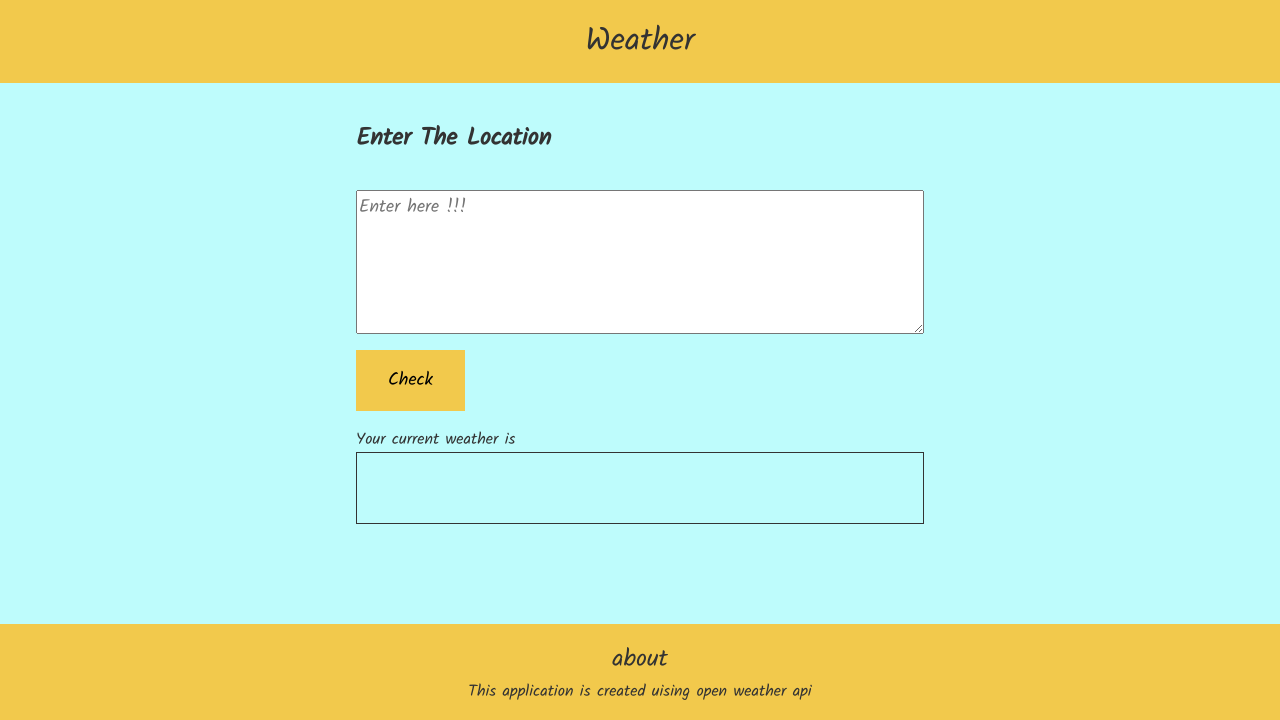
Repository: Irfan-vit/openapi
Page: index.html
An editor plug-in stored every save of this project. The page is shown before and after the next save, followed by the edit.
The browser window is 1280 px wide. The pictures show the whole page.

Above is the page before, as saved 2021-05-27 23:24:36.

After the next save:
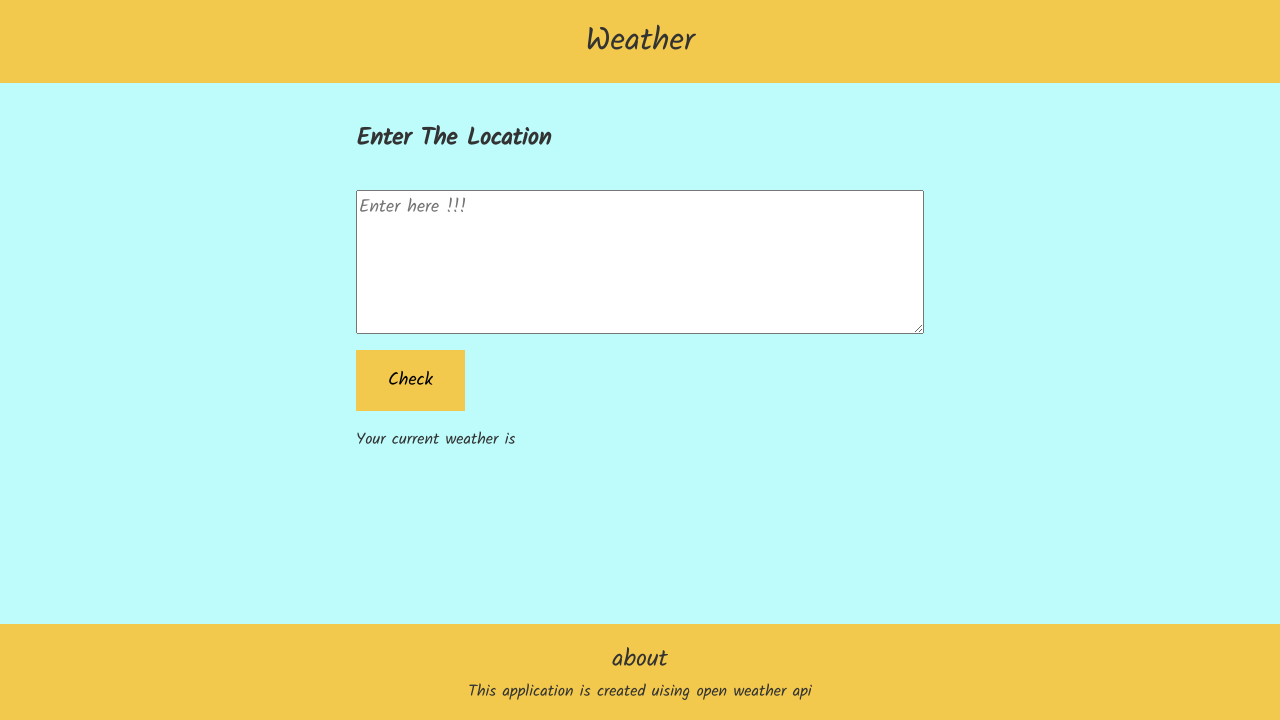
Saved 6 s later.
--- a/style.css
+++ b/style.css
@@ -54,6 +54,7 @@
     min-height: 10vh;
     max-height: 20vh;
     /* overflow:scroll; */
+    overflow
     border: 1px solid var(--black);
 }
 

After the save that followed:
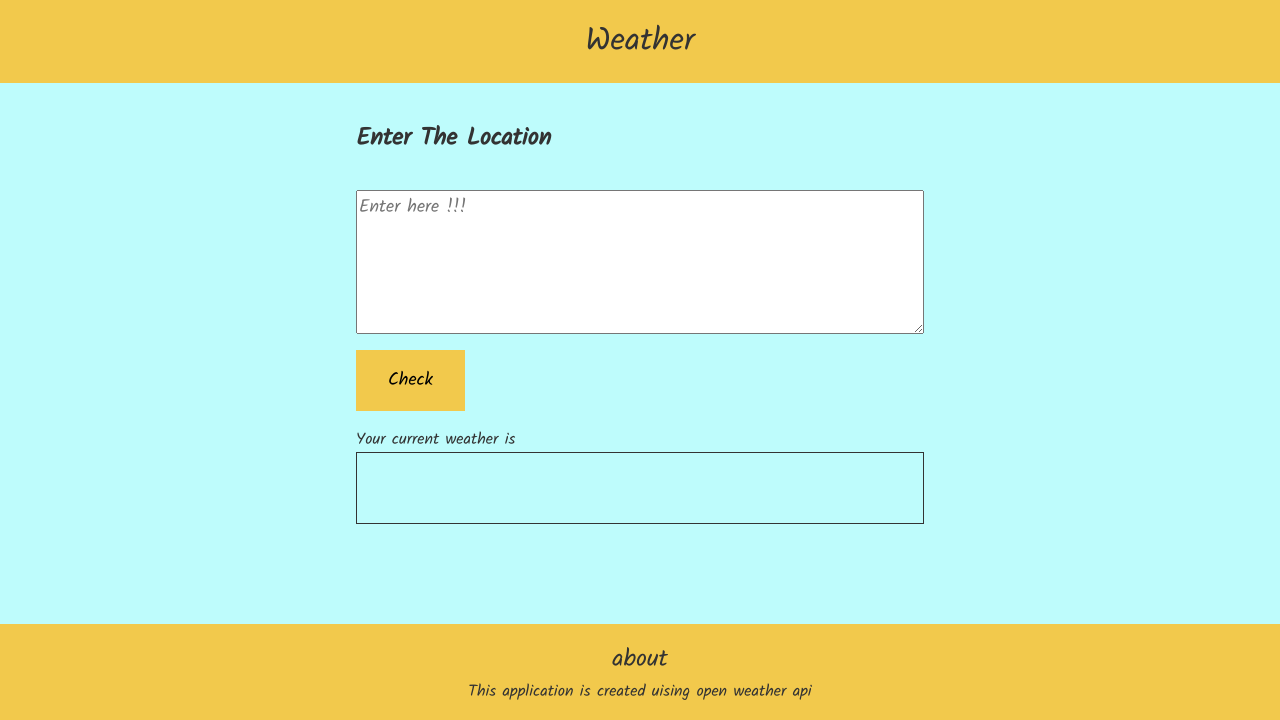
Saved 6 s later.
--- a/style.css
+++ b/style.css
@@ -54,7 +54,7 @@
     min-height: 10vh;
     max-height: 20vh;
     /* overflow:scroll; */
-    overflow
+    overflow: ;
     border: 1px solid var(--black);
 }
 
